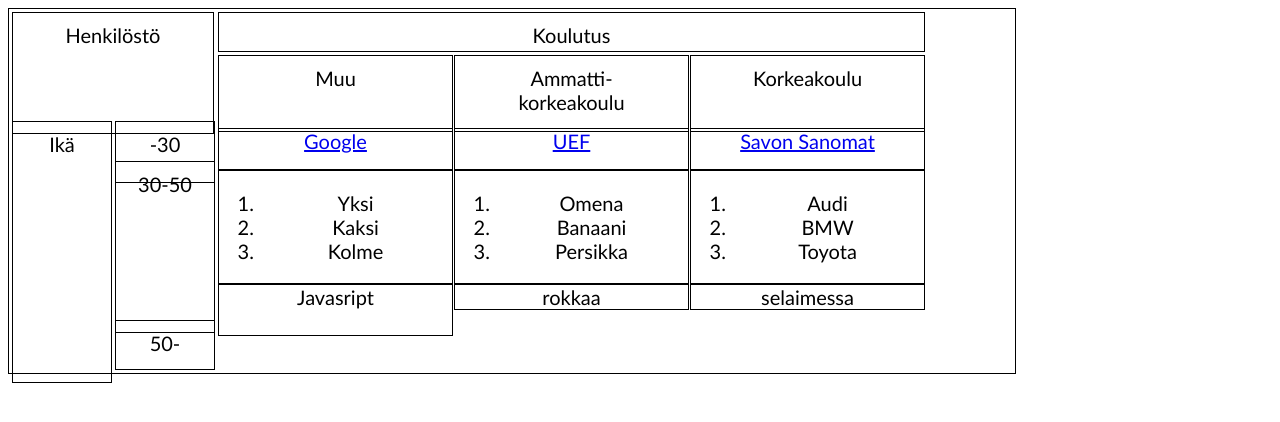
Repository: Niina-Maria/tehtavat-12-17-Niina-Maria2
Page: teht14.html
An editor plug-in stored every save of this project. The page is shown before and after the next save, followed by the edit.
The browser window is 1280 px wide. The pictures show the whole page.

Above is the page before, as saved 2024-11-18 16:07:59.

### teht14.html
<!DOCTYPE html>
<html>
    <head><link rel="stylesheet" href="teht14.css"></head>
    <body>
        <div class="grid-container">

                <div class="header">Henkilöstö</div>
                <div class="header2">Koulutus</div>

                <div class="main">Muu</div>
                <div class="main2">Ammatti-<br>korkeakoulu</div>
                <div class="main3">Korkeakoulu</div>


                <div class="navMain">Ikä</div>
                <div class="navMain2">-30</div>
                <div class="navMain3">30-50</div>
                <div class="navMain4">50-</div>

                <div>
                <div class="main4"><a href="www.google.com">Google</a></div>
                <div class="main7">
                    <ol>
                        <li>Yksi</li>
                        <li>Kaksi</li>
                        <li>Kolme</li>
                    </ol>
                </div>
                <div class="footer">Javasript</div>
            </div>

                <div>
                <div class="main5"><a href="https://www.uef.fi/fi">UEF</a></div>
                <div class="main8">
                    <ol>
                    <li>Omena</li>
                    <li>Banaani</li>
                    <li>Persikka</li>
                </ol>
                </div>
                <div class="footer2">rokkaa</div>
            </div>
            <div>

                <div class="main6"><a href="https://www.savonsanomat.fi/">Savon Sanomat</a></div>
                <div class="main9">
                    <ol>
                        <li>Audi</li>
                        <li>BMW</li>
                        <li>Toyota</li>
                    </ol>
                </div>
                <div class="footer3">selaimessa</div>
            </div>





             <!--    <div class="main7">
                    <ol>
                        <li>Yksi</li>
                        <li>Kaksi</li>
                        <li>Kolme</li>
                    </ol>
                </div> -->

               <!--  <div class="main8">
                    <ol>
                    <li>Omena</li>
                    <li>Banaani</li>
                    <li>Persikka</li>
                </ol>
                </div> -->


          <!--       <div class="main9">
                    <ol>
                        <li>Audi</li>
                        <li>BMW</li>
                        <li>Toyota</li>
                    </ol>
                </div> -->


                <!-- <div class="footer">Javasript</div> -->
                <!-- <div class="footer2">rokkaa</div> -->
                <!-- <div class="footer3">selaimessa</div>    -->
            </div>


        </body>
    </html>



            <!-- <tr>
                <tr>
                    <th rowspan="6">Ikä</th>
                    <th >-30</th>
                    <td><a href="www.google.com">Google</a></td>
                    <td><a href="https://www.uef.fi/fi">UEF</a></td>
                    <td><a href="https://www.savonsanomat.fi/">Savon Sanomat</a></td>
                </tr>
                <tr>
                    <th>30-50</th>
                    <td>
                        <ol>
                            <li>Yksi</li>
                            <li>Kaksi</li>
                            <li>Kolme</li>
                        </ol>
                    </td>
                    <td>
                        <ol>
                            <li>Omena</li>
                            <li>Banaani</li>
                            <li>Persikka</li>
                        </ol>
                    </td>
                    <td>
                        <ol>
                            <li>Audi</li>
                            <li>BMW</li>
                            <li>Toyota</li>
                    </ol>
                    </td>
                </tr>

                <tr>
                    <th>50-</th>
                    <td style="font-size:30px; "><strong><em>Javascript</em></strong></td>
                    <td style="font-size:30px; "><strong><em>rokkaa</em></strong></td>
                    <td style="font-size:30px; "><strong><em>selaimessa</em></strong></td>
                </tr>
            </tr> -->

### teht14.css

.grid-container{
    display: grid;
    width: 1000px;
    grid-template-columns: 100px 100px 233px 233px 233px;
    grid-template-areas:
    "header header header2 header2 header2"
    "header header main main2 main3"
    "navMain navMain2 main4 main5 main6"
    "navMain navMain3 main7 main8 main9"
    "navMain navMain3 main7 main8 main9"
    "navMain navMain3 main7 main8 main9"
    "navMain navMain4 footer footer2 footer3";
    grid-template-rows: 40px 60px 40px 50px 50px 50px 50px;
    gap: 3px;
    border-width: 1px;
    border-style: solid;
    padding: 3px;
    }

.grid-container > div {
    text-align: center;
    font-size: 20px;
    padding: 10px 0;

}

.header {
    grid-area: header;
    grid-column: 1/span2;
    grid-row: 1/span 2;
    border-width: 1px;
    border-style: solid;
    font-size: 20px;
    font-family: 'Gill Sans', 'Gill Sans MT', Calibri, 'Trebuchet MS', sans-serif;
    font-style: bold;
    text-align: center;
    height: 100px;
    width: 20%;
    }

.header2 {
    grid-area: header2;
    grid-column: 3/span 3;
    grid-row: 1/span 1;
    font-size: 20px;
    font-family: 'Gill Sans', 'Gill Sans MT', Calibri, 'Trebuchet MS', sans-serif;
    font-style: bold;
    text-align: center;
    border-width: 1px;
    border-style: solid;
    width: 100%;
    /* height: 40px; */
    }

.navMain{
    grid-area: navMain;
    grid-column: 1;
    grid-row: 3/span 4;
    font-size: 20px;
    font-family: 'Gill Sans', 'Gill Sans MT', Calibri, 'Trebuchet MS', sans-serif;
    font-style: bold;
    text-align: center;
    width: 30%px;
    height: 240px;
    border-width: 1px;
    border-style: solid;
    margin-top: 3px;
}

.navMain2 {
    grid-area: navMain2;
    grid-column: 2 ;
    grid-row: 3;
    font-size: 20px;
    font-family: 'Gill Sans', 'Gill Sans MT', Calibri, 'Trebuchet MS', sans-serif;
    font-style: bold;
    text-align: center;
    width: 98%;
    height: 40px;
    border-width: 1px;
    border-style: solid;
    margin-top: 3px;
}


.main{
    grid-area: main;
    grid-column: 3;
    grid-row: 2;
    font-size: 20px;
    font-family: 'Gill Sans', 'Gill Sans MT', Calibri, 'Trebuchet MS', sans-serif;
    font-style: bold;
    text-align: center;
    border-width: 1px;
    border-style: solid;
    height: 55px;
    width: 233px;

}

.main2 {
    grid-area: main2;
    grid-column: 4;
    grid-row: 2;
    font-size: 20px;
    font-family: 'Gill Sans', 'Gill Sans MT', Calibri, 'Trebuchet MS', sans-serif;
    font-style: bold;
    text-align: center;
    border-width: 1px;
    border-style: solid;
    height: 55px;
    width: 233px;
}

.main3{
    grid-area: main3;
    grid-column: 5;
    grid-row: 2;
    font-size: 20px;
    font-family: 'Gill Sans', 'Gill Sans MT', Calibri, 'Trebuchet MS', sans-serif;
    font-style: bold;
    text-align: center;
    border-width: 1px;
    border-style: solid;
    height: 55px;
    width: 233px;
}



.main4 {
    grid-area: main4;
    grid-column: 3;
    grid-row: 3;
    font-size: 20px;
    font-family: 'Gill Sans', 'Gill Sans MT', Calibri, 'Trebuchet MS', sans-serif;
    font-style: bold;
    text-align: center;
    border-width: 1px;
    border-style: solid;
    height: 40px;
    width: 233px;
}

.main5{
    grid-area: main5;
    grid-column: 4;
    grid-row: 3;
    font-size: 20px;
    font-family: 'Gill Sans', 'Gill Sans MT', Calibri, 'Trebuchet MS', sans-serif;
    font-style: bold;
    text-align: center;
    border-width: 1px;
    border-style: solid;
    height: 40px;
    width: 233px;
}
.main6{
    grid-area: main6;
    grid-column: 5;
    grid-row: 3;
    font-size: 20px;
    font-family: 'Gill Sans', 'Gill Sans MT', Calibri, 'Trebuchet MS', sans-serif;
    font-style: bold;
    text-align: center;
    border-width: 1px;
    border-style: solid;
    height: 40px;
    width: 233px;
}


.navMain3 {
        grid-area: navMain3;
        grid-column: 2;
        grid-row: 4/span 3;
        font-size: 20px;
        font-family: 'Gill Sans', 'Gill Sans MT', Calibri, 'Trebuchet MS', sans-serif;
        font-style: bold;
        text-align: center;
        width: 98px;
        height: 150px;
        border-width: 1px;
        border-style: solid;
        gap: 3px;
    }

.main7{
        grid-area: main7;
        grid-column: 3;
        grid-row: 4/span 3;
        font-size: 20px;
        font-family: 'Gill Sans', 'Gill Sans MT', Calibri, 'Trebuchet MS', sans-serif;
        font-style: bold;
        text-align: center;
        border-width: 1px;
        border-style: solid;
        /* height: 150px; */
        width: 233px;
    }

.main8{
        grid-area: main8;
        grid-column: 4;
        grid-row: 1/span 3;
        font-size: 20px;
        font-family: 'Gill Sans', 'Gill Sans MT', Calibri, 'Trebuchet MS', sans-serif;
        font-style: bold;
        text-align: center;
        border-width: 1px;
        border-style: solid;
        /* height: 150px; */
        width: 233px;
    }


    .main9{
        grid-area: main9;
        grid-column: 5;
        grid-row: 4/span 3;
        font-size: 20px;
        font-family: 'Gill Sans', 'Gill Sans MT', Calibri, 'Trebuchet MS', sans-serif;
        font-style: bold;
        text-align: center;
        border-width: 1px;
        border-style: solid;
        /* height: 150px; */
        width: 233px;
    }

    .navMain4 {
        grid-area: navMain4;
        grid-column: 2/span 1;
        grid-row: 7/span 1;
        font-size: 20px;
        font-family: 'Gill Sans', 'Gill Sans MT', Calibri, 'Trebuchet MS', sans-serif;
        font-style: bold;
        text-align: center;
        width: 98px;
        /* height: 50px; */
        border-width: 1px;
        border-style: solid;
    }
    .footer {
        grid-area: footer;
        grid-column: 3;
        grid-row: 7/span 1;
        font-size: 20px;
        font-family: 'Gill Sans', 'Gill Sans MT', Calibri, 'Trebuchet MS', sans-serif;
        font-style: bold;
        text-align: center;
        width: 233px;
        height: 50px;
        border-width: 1px;
        border-style: solid;
    }

    .footer2 {
        grid-area: footer2;
        grid-column: 4;
        grid-row: 7/span 1;
        font-size: 20px;
        font-family: 'Gill Sans', 'Gill Sans MT', Calibri, 'Trebuchet MS', sans-serif;
        font-style: bold;
        text-align: center;
        width: 233px;
        /* height: 50px; */
        border-width: 1px;
        border-style: solid;
    }

    .footer3 {
        grid-area: footer3;
        grid-column: 5;
        grid-row: 7/span 1;
        font-size: 20px;
        font-family: 'Gill Sans', 'Gill Sans MT', Calibri, 'Trebuchet MS', sans-serif;
        font-style: bold;
        text-align: center;
        width: 233px;
        /* height: 50px; */
        border-width: 1px;
        border-style: solid;
    }

After the next save:
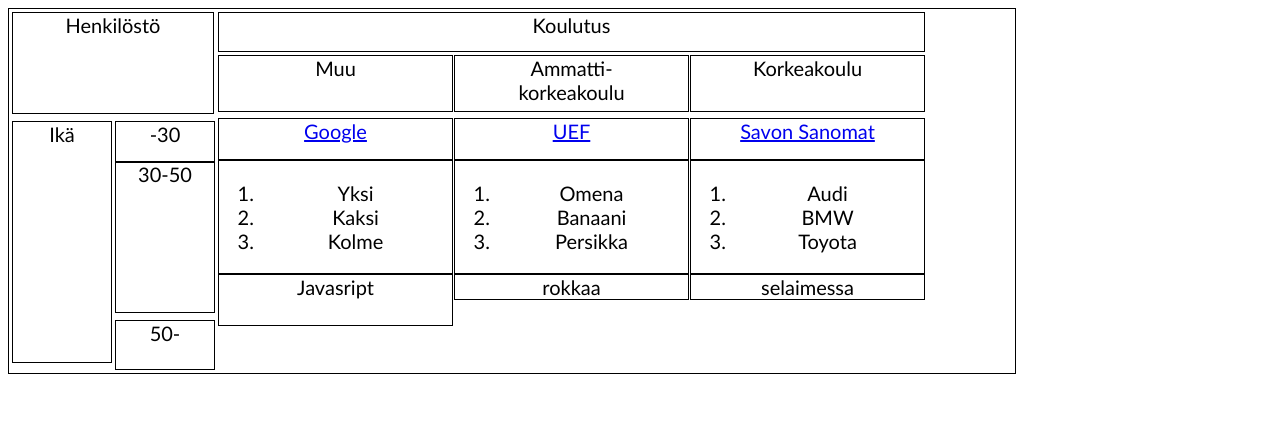
Saved 11 s later.
--- a/teht14.css
+++ b/teht14.css
@@ -21,7 +21,7 @@
 .grid-container > div {
     text-align: center;
     font-size: 20px;
-    padding: 10px 0;
+    padding: 0;
 
 }
 
